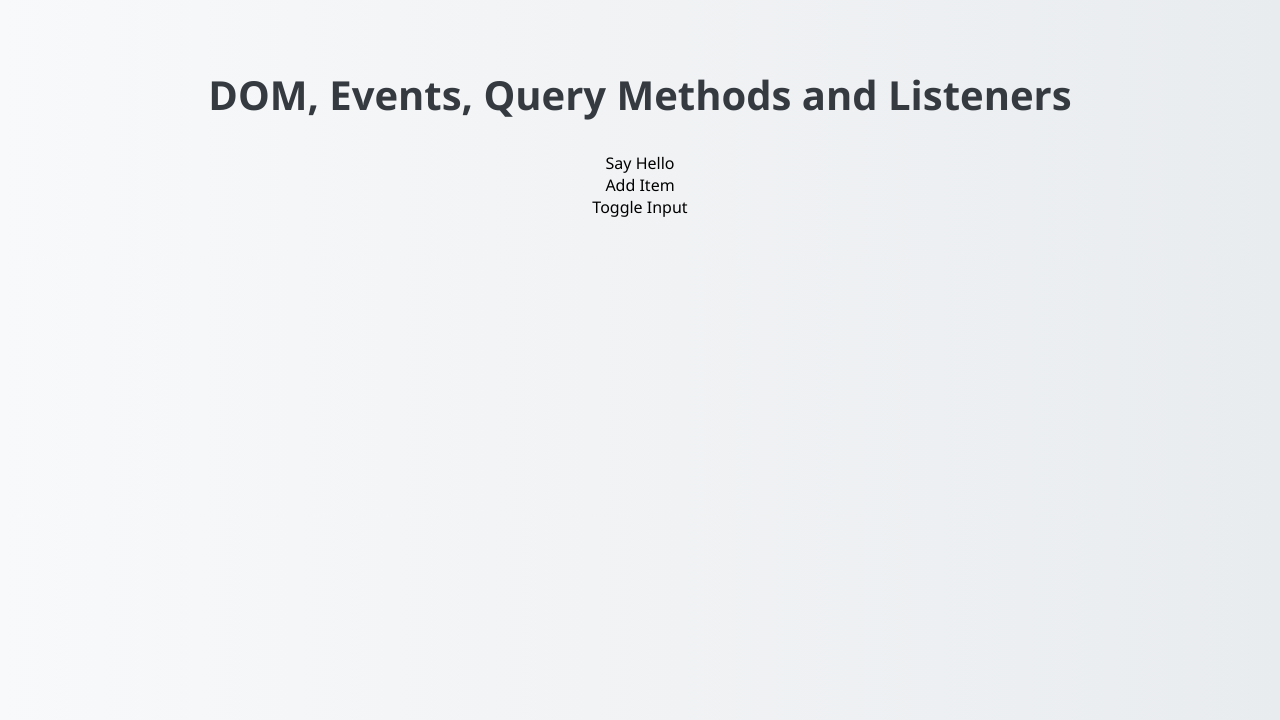
Repository: SiddhantNagaria/Genpact-Training
Page: Java Training/08 first-webmvc/src/main/resources/static/about.html
The author's editor kept a copy of each file at every save. The page is drawn from the files as they stood at one save, then again after the next save.
The browser window is 1280 px wide. The pictures show the whole page.

Above is the page before, as saved 2025-11-17 07:33:54.
Console error: TypeError: Cannot read properties of undefined (reading 'type')

### Java Training/08 first-webmvc/src/main/resources/static/about.html
<!DOCTYPE html>
<html>
<head>
<meta charset="ISO-8859-1">
<title>User form</title>
<link rel="stylesheet" href="/css/style.css">
</head>
<body>

	<!-- <h1>Welcome to first web page using Spring boot</h1>
	<br> <br>
	<div class="nav-links">
	<a href='/'>Home</a>
	<a href='/form'>Form</a>
	<a href='/formTag'>Form JSP</a>
	<a href='/about'>About</a>
	<a href='/contact'>Contact</a>
	</div> -->

	<h1>DOM, Events, Query Methods and Listeners</h1>
	<div id="btn-hello" class="btn">Say Hello</div>
	<div id="btn-add" class="btn">Add Item</div>
	<div id="btn-toggle" class="btn">Toggle Input</div>

	<script src="js/app2.js"></script>
</body>
</html>

### Java Training/08 first-webmvc/src/main/resources/static/css/style.css
body {
	font-family: 'Segoe UI', Tahoma, Geneva, Verdana, sans-serif;
	background: linear-gradient(to right, #f8f9fa, #e9ecef);
	margin: 0;
	padding: 40px;
	text-align: center;
}

h1 {
	color: #343a40;
	font-size: 2.5em;
	margin-bottom: 30px;
}

.nav-links {
	display: flex;
	justify-content: center;
	gap: 20px;
	margin-top: 20px;
}

.nav-links a {
	text-decoration: none;
	padding: 12px 24px;
	background-color: #007bff;
	color: white;
	border-radius: 8px;
	transition: background-color 0.3s ease;
	font-weight: bold;
}

.nav-links a:hover {
	background-color: #0056b3;
}

.contact-form {
	background-color: #ffffff;
	padding: 30px 40px;
	border-radius: 10px;
	box-shadow: 0 4px 12px rgba(0, 0, 0, 0.1);
	width: 100%;
	max-width: 500px;
	position: relative;
}

.contact-form h2 {
	margin-bottom: 20px;
	color: #333;
	text-align: center;
}

.contact-form label {
	display: block;
	margin-bottom: 8px;
	font-weight: bold;
	color: #555;
}

.contact-form input {
	width: 100%;
	padding: 10px;
	margin-bottom: 20px;
	border: 1px solid #ccc;
	border-radius: 6px;
	font-size: 14px;
}

.contact-form button {
	width: 100%;
	padding: 12px;
	background-color: #007bff;
	color: white;
	border: none;
	border-radius: 6px;
	font-size: 16px;
	cursor: pointer;
	transition: background-color 0.3s ease;
}

.contact-form button:hover {
	background-color: #0056b3;
}

.contact-form a {
	color: #007bff;
	text-decoration: none;
}

.contact-form a:hover {
	text-decoration: underline;
}

### Java Training/08 first-webmvc/src/main/resources/static/js/app2.js
/*

	DOM = Document object model

	tree like representation of the html document , - the browser build when it loads the page.
	every html element becomes a node
	Js can read and modify the DOM to change content, structure and style while the page is running

DOM in JS - programming interface for web based documents
	- where each object corresponds to a part of the document - element , attributetext

enabling interactive and dynamic web features

QUery methods - access DOM nodes

*/

document.getElementById
document.getElementsByTagName
document.getElementsByClassName
document.querySelector
document.querySelectorAll

/*
Events -  action that happen in the browser - click, input, submit, mouseover
- event occur - the browser creates an event object => sent to event handlers
*/


event.type		//type of element
event.target 	//actual elemnt that triggered the event
event.currentTarget		//element the handler is attached to
event.preventDefault	// prevent the browser default action
event.stopPropagation	//

After the next save:
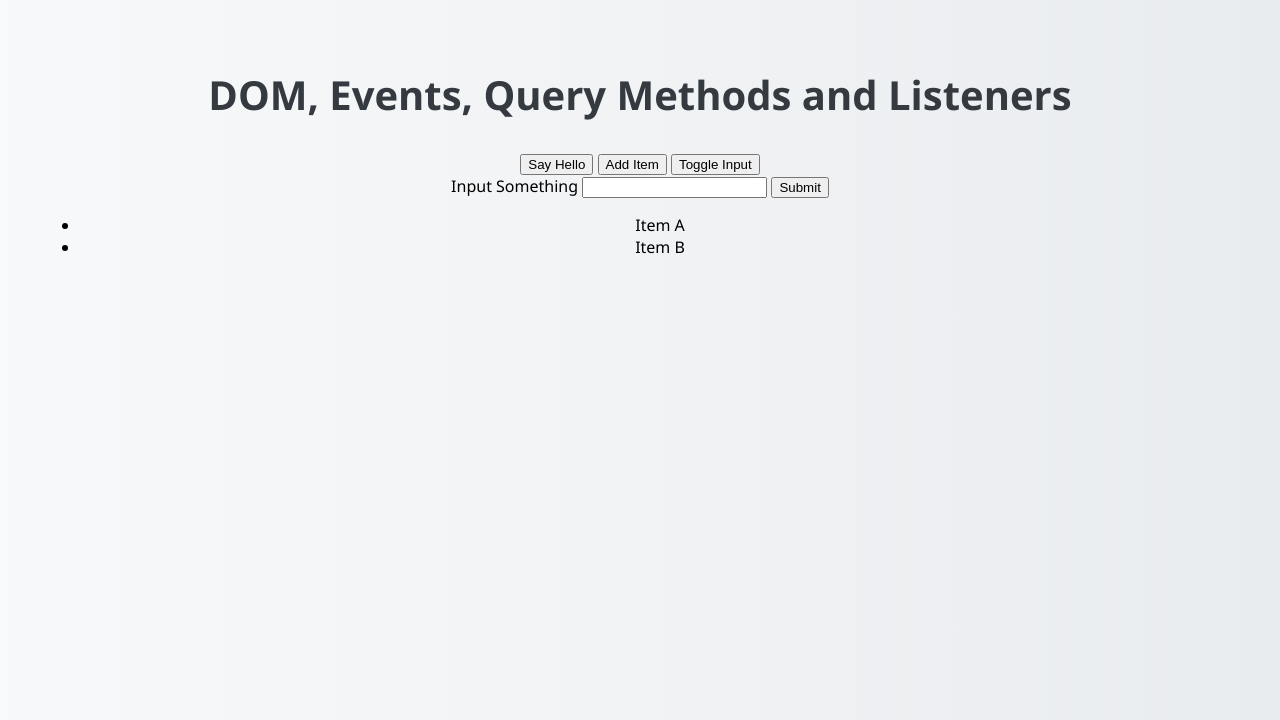
Saved 10 min 34 s later.
--- a/Java Training/08 first-webmvc/src/main/resources/static/about.html
+++ b/Java Training/08 first-webmvc/src/main/resources/static/about.html
@@ -18,9 +18,23 @@
 	</div> -->
 
 	<h1>DOM, Events, Query Methods and Listeners</h1>
-	<div id="btn-hello" class="btn">Say Hello</div>
-	<div id="btn-add" class="btn">Add Item</div>
-	<div id="btn-toggle" class="btn">Toggle Input</div>
+	<div id=controls">
+		<button id="btn-hello" class="btn">Say Hello</button>
+		<button id="btn-add" class="btn">Add Item</button>
+		<button id="btn-toggle" class="btn">Toggle Input</button>
+	</div>
+
+	<form id="demo-form">
+		<label for="text-input">Input Something</label> <input id="text-input"
+			type="text" />
+		<button id="submit-btn" class="btn" type="submit">Submit</button>
+	</form>
+	<ul id="items-list">
+		<li class="item">Item A</li>
+		<li class="item">Item B</li>
+	</ul>
+
+	<div class="log" id="log"></div>
 
 	<script src="js/app2.js"></script>
 </body>
